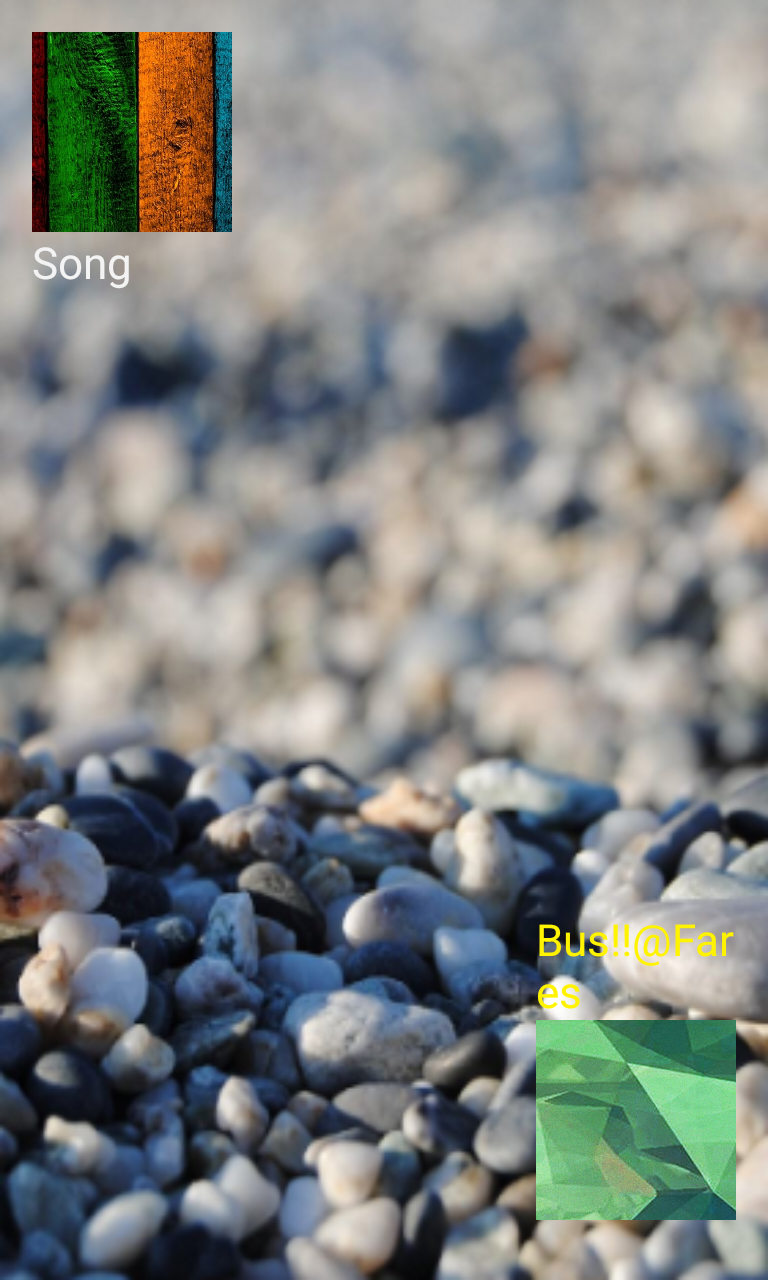
Repository: yogeshwar1996/android-app
Layout: CHD!!@BUSES/res/layout/activity_options.xml
An editor plug-in stored every save of this project. The layout is shown before and after the next save, followed by the edit.
It is drawn on a 768 x 1280 px phone screen (xhdpi) without system bars, with theme android:Theme.Holo; the app's code is not run.

Above is the layout before, as saved 2016-07-11 05:15:24.

### CHD!!@BUSES/res/layout/activity_options.xml
<RelativeLayout xmlns:android="http://schemas.android.com/apk/res/android"
    xmlns:tools="http://schemas.android.com/tools"
    android:layout_width="match_parent"
    android:layout_height="match_parent"
    android:background="@drawable/img"
    android:paddingBottom="@dimen/activity_vertical_margin"
    android:paddingLeft="@dimen/activity_horizontal_margin"
    android:paddingRight="@dimen/activity_horizontal_margin"
    android:paddingTop="@dimen/activity_vertical_margin"
    tools:context="com.example.chdbuses.Options" >

    <ImageButton
        android:id="@+id/imageButton_o"
        android:layout_width="100dp"
        android:layout_height="100dp"
        android:layout_alignParentLeft="true"
        android:layout_alignParentTop="true"
        android:src="@drawable/po" />

    <TextView
        android:id="@+id/textView1"
        android:layout_width="wrap_content"
        android:layout_height="wrap_content"
        android:layout_above="@+id/imageButton_d"
        android:layout_alignLeft="@+id/imageButton_d"
        android:text="Bus!!@Fares"
        android:textAppearance="?android:attr/textAppearanceLarge"
        android:textColor="#fff300" />

    <ImageButton
        android:id="@+id/imageButton_d"
        android:layout_width="100dp"
        android:layout_height="100dp"
        android:layout_alignParentBottom="true"
        android:layout_alignParentRight="true"
        android:layout_marginBottom="14dp"
        android:src="@drawable/ks" />

    <TextView
        android:id="@+id/textView2"
        android:layout_width="wrap_content"
        android:layout_height="wrap_content"
        android:layout_alignLeft="@+id/imageButton_o"
        android:layout_below="@+id/imageButton_o"
        android:text="Song"
        android:textAppearance="?android:attr/textAppearanceLarge" />

</RelativeLayout>

### CHD!!@BUSES/res/values/dimens.xml
<?xml version="1.0" encoding="utf-8"?>
<resources>

    <!-- Default screen margins, per the Android Design guidelines. -->
    <dimen name="activity_horizontal_margin">16dp</dimen>
    <dimen name="activity_vertical_margin">16dp</dimen>
    <dimen name="navigation_drawer_width">240dp</dimen>

</resources>

Loaded but not shown: CHD!!@BUSES/res/values-w820dp/dimens.xml (common file)

After the next save:
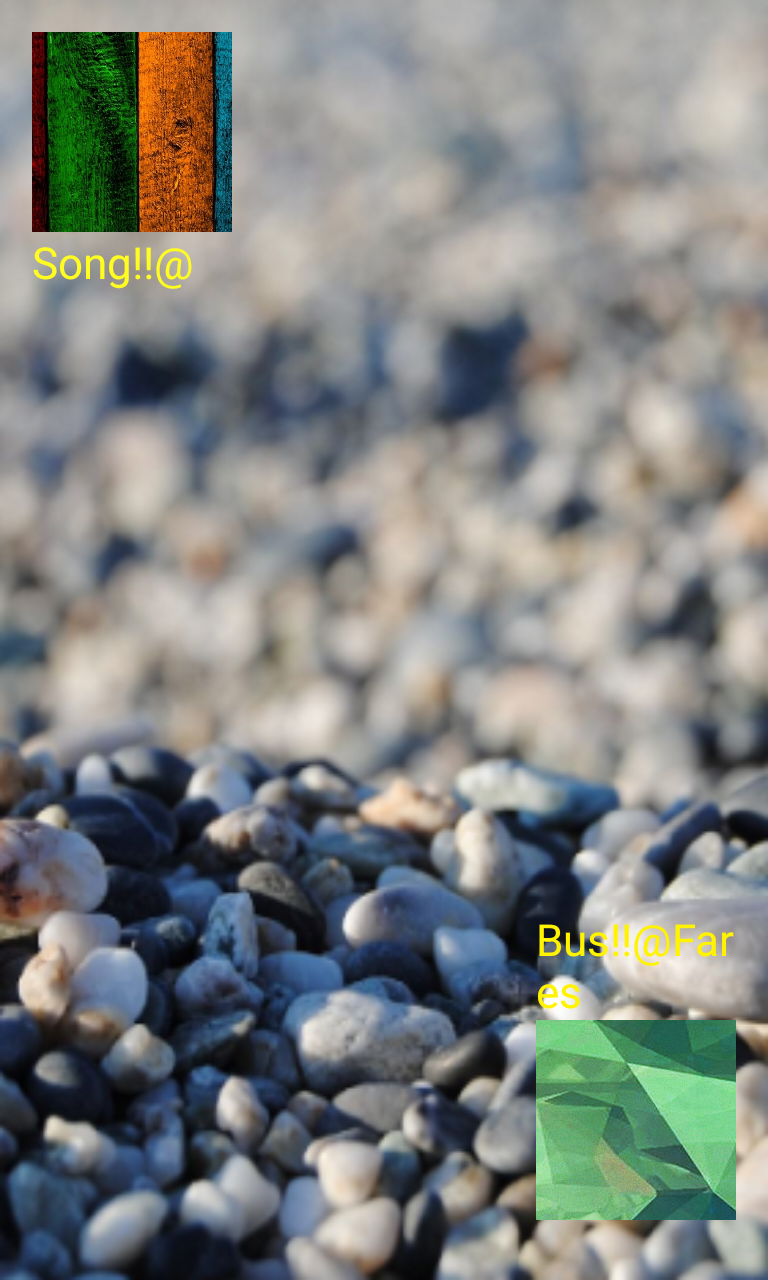
Saved 38 s later.
--- a/CHD!!@BUSES/res/layout/activity_options.xml
+++ b/CHD!!@BUSES/res/layout/activity_options.xml
@@ -42,7 +42,8 @@
         android:layout_height="wrap_content"
         android:layout_alignLeft="@+id/imageButton_o"
         android:layout_below="@+id/imageButton_o"
-        android:text="Song"
-        android:textAppearance="?android:attr/textAppearanceLarge" />
+        android:text="Song!!@"
+        android:textAppearance="?android:attr/textAppearanceLarge"
+        android:textColor="#fffc22" />
 
 </RelativeLayout>
